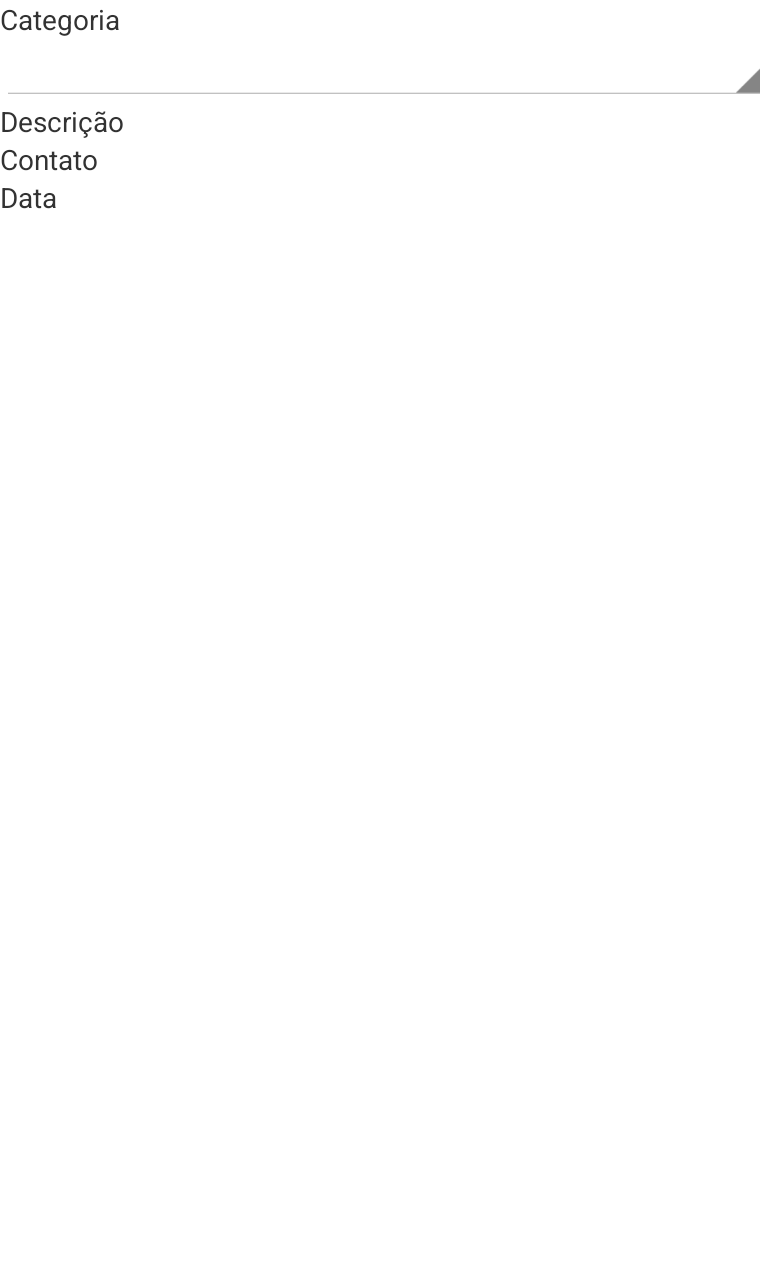
Repository: felipemfp/android-workspace
Layout: Aula06/res/layout/activity_novo_emprestimo.xml
The author's editor kept a copy of each file at every save. The layout is drawn from the files as they stood at one save, then again after the next save.
It is drawn on a 768 x 1280 px phone screen (xhdpi) without system bars, with theme AppTheme; the app's code is not run.

Above is the layout before, as saved 2015-12-17 02:13:08.

### Aula06/res/layout/activity_novo_emprestimo.xml
<?xml version="1.0" encoding="utf-8"?>
<LinearLayout xmlns:android="http://schemas.android.com/apk/res/android"
    android:layout_width="match_parent"
    android:layout_height="match_parent"
    android:orientation="vertical" >

	<TextView
	        android:layout_width="match_parent"
	        android:layout_height="wrap_content"
	        android:text="@string/categoria" />

	<Spinner
	        android:layout_width="match_parent"
	        android:layout_height="wrap_content"
	        android:id="@+id/ne_catg" />

	<TextView
	        android:layout_width="match_parent"
	        android:layout_height="wrap_content"
	        android:text="@string/descricao" />

	<EditText />

	<TextView
	        android:layout_width="match_parent"
	        android:layout_height="wrap_content"
	        android:text="@string/contato" />

	<Spinner />

	<TextView
	        android:layout_width="match_parent"
	        android:layout_height="wrap_content"
	        android:text="@string/data" />

	<EditText />

	<LinearLayout>

	    <Button/>
	    <Button/>

	</LinearLayout>

</LinearLayout>

### Aula06/res/values/strings.xml
<?xml version="1.0" encoding="utf-8"?>
<resources>

    <string name="app_name">Controle de Empréstimo</string>
    <string name="action_settings">Settings</string>
    <string name="novo">Novo</string>
    <string name="categoria">Categoria</string>
    <string name="contato">Contato</string>
    <string name="data">Data</string>
    <string name="descricao">Descrição</string>
    <string name="cancelar">Cancelar</string>
    <string name="inserir">Inserir</string>
    <string name="infoDescricao">Descrição não informada!</string>
    <string name="infoContato">Contato não informado!</string>
    <string name="infoData">Data não informada!</string>
    <string name="ok">OK</string>

    <string-array name="listaCategoria">
        <item>BD</item>
        <item>CD</item>
        <item>DVD</item>
        <item>Livro</item>
    </string-array>

</resources>

Loaded but not shown: Aula06/res/values/styles.xml (common file); Aula06/res/values-v11/styles.xml (common file); Aula06/res/values-v14/styles.xml (common file)

After the next save:
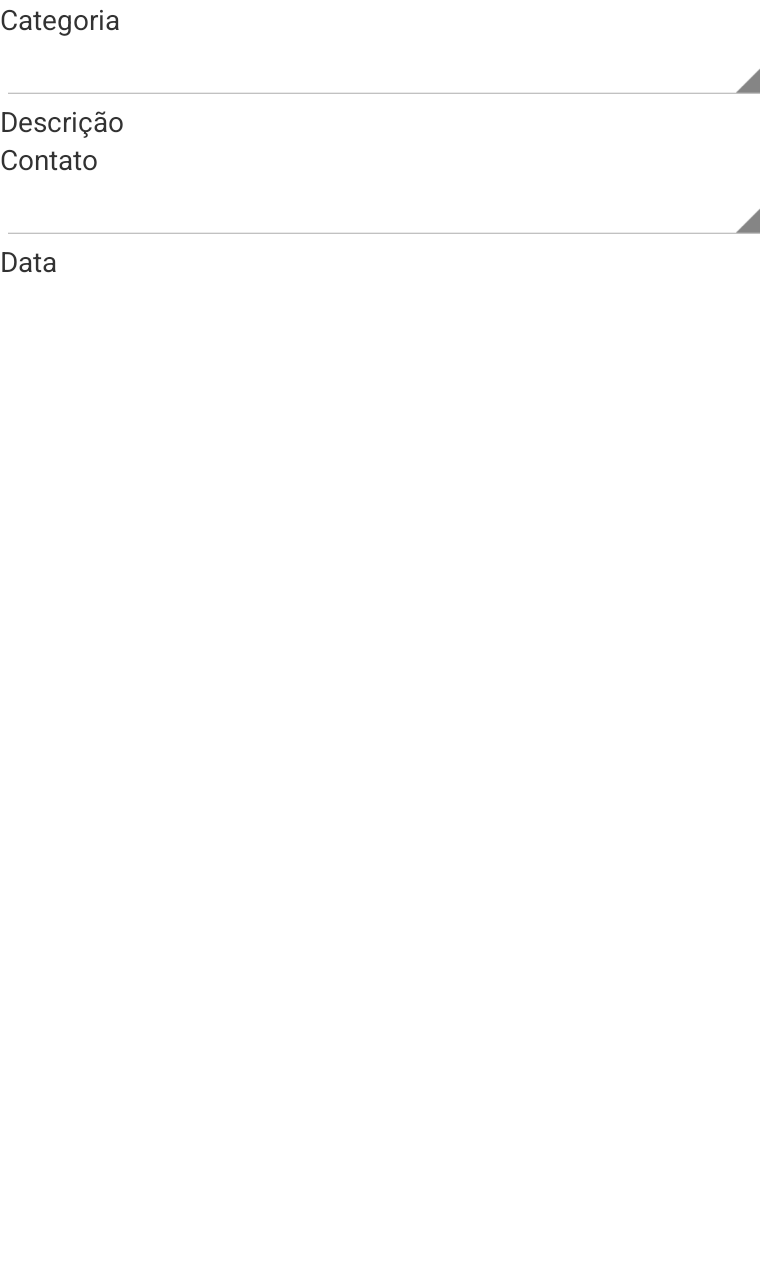
Saved 17 s later.
--- a/Aula06/res/layout/activity_novo_emprestimo.xml
+++ b/Aula06/res/layout/activity_novo_emprestimo.xml
@@ -26,7 +26,10 @@
 	        android:layout_height="wrap_content"
 	        android:text="@string/contato" />
 
-	<Spinner />
+	<Spinner
+	        android:layout_width="match_parent"
+	        android:layout_height="wrap_content"
+	        android:id="@+id/ne_nome"/>
 
 	<TextView
 	        android:layout_width="match_parent"
